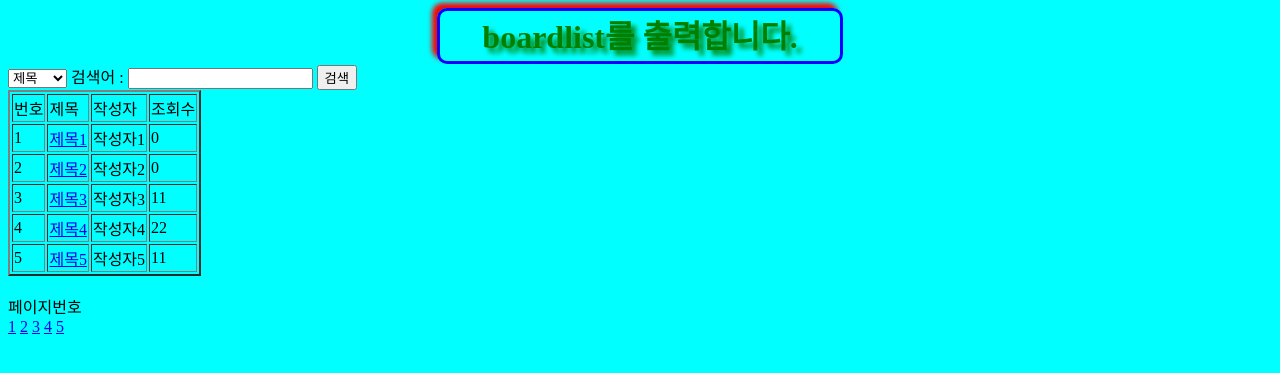
Repository: Pang-Ho/TIL
Page: JavaScript/workspace_web/htmltest/WebContent/boardlist.html
These files come from the project's save history. The page is drawn as it stood at one moment and after the next save; the edit follows.
The browser window is 1280 px wide. The pictures show the whole page.

Above is the page before, as saved 2021-08-20 08:40:04.

After the next save:
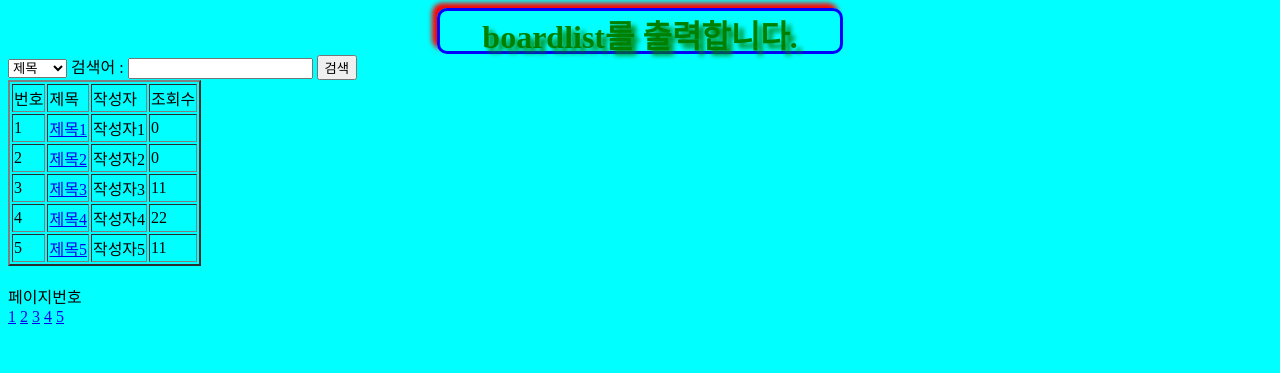
Saved 22 s later.
--- a/JavaScript/workspace_web/htmltest/WebContent/boardlist.html
+++ b/JavaScript/workspace_web/htmltest/WebContent/boardlist.html
@@ -14,7 +14,7 @@
 	text-align:center;
 	text-shadow : 5px 5px 5px green;
 	box-shadow : -5px -5px 5px red;
-	height : 50px;
+	height : 40px;
 	border : solid blue;
 	border-radius: 10px 10px 10px 10px;
 	}
